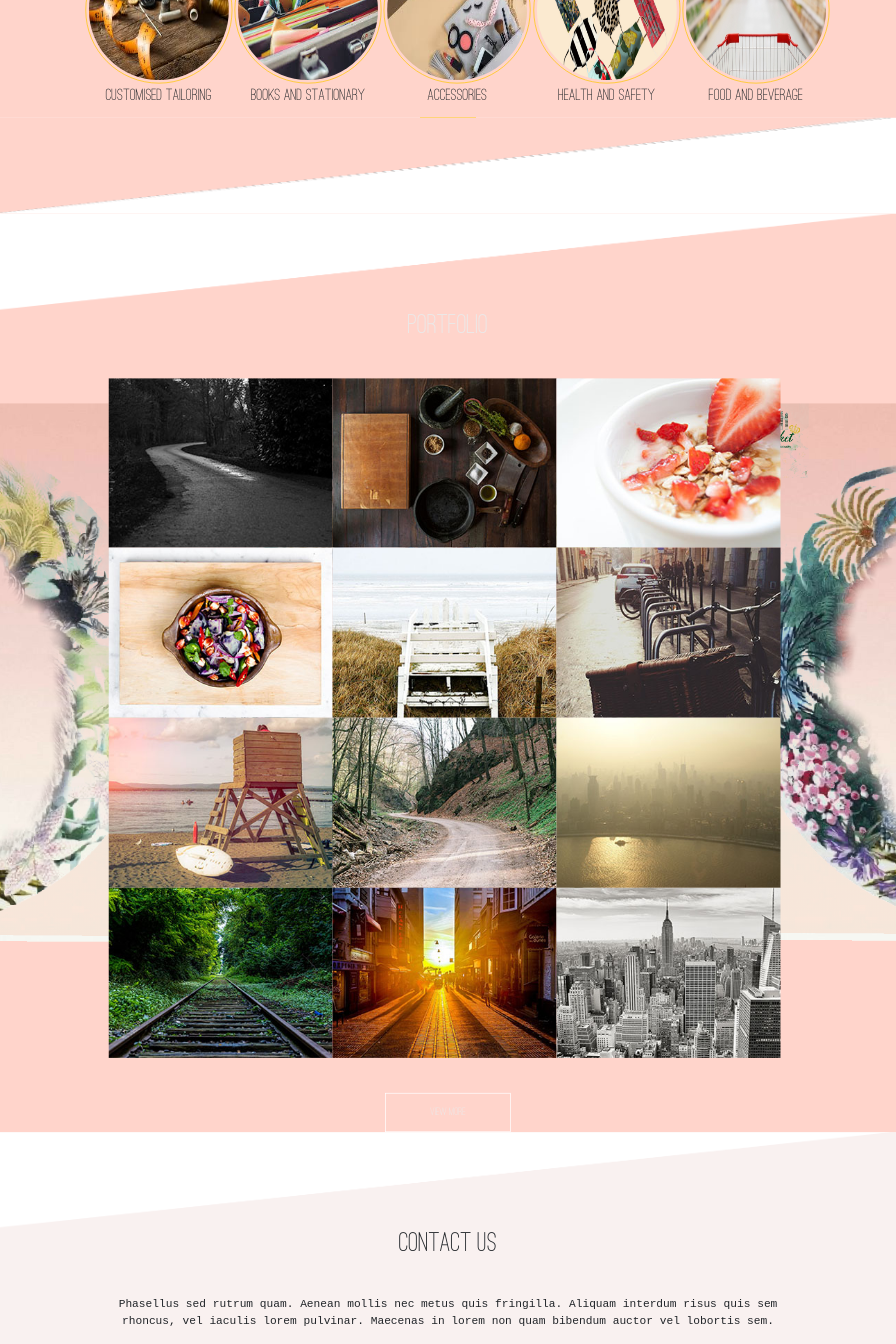
Repository: Demonster1999/newshoperrepo
Page: index.html
The author's editor kept a copy of each file at every save. The page is drawn from the files as they stood at one save, then again after the next save.
The browser window is 1280 px wide. The pictures show the part of the page from y = 2466 to 4386 px (the page is 4972 px tall), at 70% of full size.
Some web libraries are served in a nearby version.

Above is the page before, as saved 2020-07-21 15:07:54.
Console error: TypeError: Cannot read properties of null (reading 'getContext')

### index.html
<!DOCTYPE html>
<head>
	<meta charset="UTF-8">
	<title>London Market</title>
	<meta name="keywords" content="" />
	<meta name="description" content="" />
    <meta name="viewport" content="width=device-width, initial-scale=1.0">
    <!--
    	Roller Template
		http://www.london-market.com/preview/london-market_424_roller
	-->
	<link rel="stylesheet" href="https://fonts.googleapis.com/css2?family=Great+Vibes">
	<link href="http://fonts.googleapis.com/css?family=Open+Sans:300,400,700" rel="stylesheet" type="text/css">
	<!-- <link href="css/font-awesome.min.css" rel="stylesheet">FontAwesome Icons -->
	<link rel="stylesheet" href="https://cdnjs.cloudflare.com/ajax/libs/font-awesome/5.14.0/css/all.min.css"
		integrity="sha512-1PKOgIY59xJ8Co8+NE6FZ+LOAZKjy+KY8iq0G4B3CyeY6wYHN3yt9PW0XpSriVlkMXe40PTKnXrLnZ9+fkDaog=="
		crossorigin="anonymous" />
	<link rel="stylesheet" href="https://maxcdn.bootstrapcdn.com/bootstrap/4.0.0/css/bootstrap.min.css" integrity="sha384-Gn5384xqQ1aoWXA+058RXPxPg6fy4IWvTNh0E263XmFcJlSAwiGgFAW/dAiS6JXm" crossorigin="anonymous">
	<link rel="stylesheet" href="fonts/ostrich-sans.css">
	<link href="css/LondonMarket.css" rel="stylesheet" type="text/css">
	<link rel="stylesheet" href="css/into-to-app.css">
	<link rel="stylesheet" href="css/navbar.css">
	<link rel="stylesheet" href="css/carousel.css">

</head>
<body>
	<nav class="navbar custom-nav sticky-top p-0 m-0 ">
		<a class="navbar-brand mx-auto text-white" style="font-family: Great Vibes; font-size: 40px;" href="#">London Market</a>

	  </nav>

	<nav class="navbar third-nav navbar-expand-lg navbar-light bg-light">
		<div class="container">
			<button class="navbar-toggler navbar-toggler-icon" type="button" data-toggle="collapse" data-target="#navbarSupportedChontent"
			aria-controls="navbarSupportedContent" aria-expanded="false" aria-label="Toggle navigation">
			<span class=""></span>
		</button>


		<div class="collapse navbar-collapse" id="navbarSupportedContent">
			<ul class="navbar-nav  mr-auto text-center">

				<li class="nav-item">
					<a class=" " href="#">Register</a>
				</li>
				<li class="nav-item ">
					<a class="" href="#">login</a>
				</li>


		</div>
		<div class="  mr-auto ">
			<!-- social icons  -->
			<button class="fab fa-facebook-f"></button>
			<button class="fab fa-twitter"></button>
			<button class="fab fa-linkedin-in"></button>
			<button class="fab fa-instagram"></button>
			<button class="fab fa-youtube"></button>
		</div>
		</div>

	</nav>


	<!-- nav with dots  -->
	<nav class="nav">
        <ul>
            <li class="dot1 active" id="ec1" data-toggle="tooltip" data-placement="left" title="Tooltip on left"></li>
            <li class="dot2" id="ec2" data-toggle="tooltip" data-placement="left" title="Tooltip on left"></li>
            <li class="dot3" id="ec3"  data-toggle="tooltip" data-placement="left" title="Tooltip on left"></li>
			<li class="dot4" id="ec4"  data-toggle="tooltip" data-placement="left" title="Tooltip on left"></li>
			<li class="dot5" id="ec5"  data-toggle="tooltip" data-placement="left" title="Tooltip on left"></li>
			<li class="dot5" id="ec5"  data-toggle="tooltip" data-placement="left" title="Tooltip on left"></li>
        </ul>
    </nav>

		<section class="" id="home">
			<div id="demo" class="carousel slide" data-ride="carousel">
				<ul class="carousel-indicators">
					<li data-target="#demo" data-slide-to="0" class="active"></li>
					<li data-target="#demo" data-slide-to="1"></li>
					<li data-target="#demo" data-slide-to="2"></li>
					<!-- <li data-target="#demo" data-slide-to="3"></li> -->
				</ul>
				<div class="carousel-inner">
					<div class="carousel-item active">
						<img src="images/carousel/carousel1.jpg" alt="Los Angeles"   >
						<div class="carousel-caption">
							<h3>Los Angeles</h3>
							<p>We had such a great time in LA!</p>
						</div>
					</div>
					<div class="carousel-item">
						<img src="images/carousel/carousel4.jpg" alt="Chicago"  >
						<div class="carousel-caption">
							<h3>Chicago</h3>
							<p>Thank you, Chicago!</p>
						</div>
					</div>
					<div class="carousel-item">
						<img src="images/carousel/cp11.jpg" alt="Chicago" >
						<div class="carousel-caption">
							<h3>Chicago</h3>
							<p>Thank you, Chicago!</p>
						</div>
					</div>
					<!-- <div class="carousel-item">
						<img src="images/images/lmimages/Adobe_20200716_143015.png" alt="Chicago">
						<div class="carousel-caption">
							<h3>Chicago</h3>
							<p>Thank you, Chicago!</p>
						</div>
					</div> -->
					<!-- <div class="carousel-item">
						<img src="images/carousel/carousel3.jpg" alt="New York" class=" w-100" style="height: 300px; max-height: 500px;">
						<div class="carousel-caption">
							<h3>New York</h3>
							<p>We love the Big Apple!</p>
						</div>
					</div> -->
				</div>
				<a class="carousel-control-prev" href="#demo" data-slide="prev">
					<span class="carousel-control-prev-icon"></span>
				</a>
				<a class="carousel-control-next" href="#demo" data-slide="next">
					<span class="carousel-control-next-icon"></span>
				</a>
			</div>
		</section>

<section class=" intro-to-app container-fluid">
	<img src="images/tm-border-black-top.png" class="w-100 img-top" alt="">
	<div class="container-fluid text-center ">

		<img src="images/images/lmimages/lm.png" class="p-0 m-0" width=200px height="200px" alt="" >
		<h1 class="mx-auto  "> Get Shop-a-holic</h1>

		<hr>


		<div class="container ">
			<p class="lead text-justify">After a period of more than 10 successful years in exhibition management with a strong focus on the fashion and
			lifestyle industry, One Management International proudly brings to you yet another feather in its cap, ‘The London
			Market App’.
			The app is based on the simple concept of ‘Affordable Luxury’, where we strive to present creative and beautiful
			products from sellers across the world, through an intelligent and user-friendly app. We believe in the power of
			expressing oneself, as we aspire to showcase products and brands that stand apart. With our wide array of products
			ranging from clothing and accessories to home décor and furniture, we have something unique for everyone.
</p>
               <div class="row">
<div class="col-md-6 p-2 text-center">
	<a href="https://play.google.com/store/apps/details?id=com.prpwebs.londonmarket" class="h1"> <img src="images/logos/play store.png" class=" " width="160px" height="160px" alt="play">
		<center> Android</center>
	</a>
</div>
<div class="col-md-6 text-center">
	<a href="" class="h1"> <img src="images/logos/hiclipart.com.png" class=" " width="160px" height="160px" alt="app">
		<center>ios</center>
	</a>

</div>
			   </div>

		</div>
	</div>
	<img src="images/tm-border-black-bottom.png" class="w-100 imgbottom" alt="">
</section>


<section class="tm-dark-bg tm-section" id="portfolio">
			<div class="container-fluid">

<h1 style="font-weight: bold; font-size: 60px;" class="text-center"> The App Offers  </h1>
<div class="  row text-center mt-5 ">
	<div class="col-md-1"></div>
	<div class="col-md-2 text-center mt-5  ">
		<div class="tm-img-circle-border mx-auto ">
			<img src="images/category/display category/Women clothing.jpg" alt="Testimonial 1" class="img-circle tm-img-testimonial">
			<h4 class=" mt-2 "> Women clothing </h4>
		</div>
	</div>
	<div class="col-md-2 text-center mt-5 ">
		<div class="tm-img-circle-border mx-auto ">
			<img src="images/category/display category/children.jpg" alt="Testimonial 2" class="img-circle tm-img-testimonial">
			<h4 class=" mt-2 "> Children clothing</h4>
		</div>
	</div>
	<div class="col-md-2 text-center mt-5 ">
		<div class="tm-img-circle-border mx-auto ">
			<img src="images/category/display category/umens.jpeg" alt="Testimonial 3" class="img-circle tm-img-testimonial">
			<h4 class=" mt-2 "> Menswear </h4>
		</div>

	</div>
	<div class="col-md-2 text-center mt-5 ">
		<div class="tm-img-circle-border mx-auto ">
			<img src="images/category/display category/Jewellery.jpg" alt="Testimonial 4" class="img-circle tm-img-testimonial">
			<h4 class=" mt-2 "> Jewellery</h4>
		</div>
	</div>
	<div class="col-md-2 text-center mt-5 ">
		<div class="tm-img-circle-border mx-auto ">
			<img src="images/category/display category/Footwear.jpg" alt="Testimonial 5" class="img-circle tm-img-testimonial">
			<h4 class=" mt-2 "> foot wear </h4>
		</div>
	</div>
	<div class="col-md-1"></div>
</div>
<hr class="tm-author-name-underline mt-5">
<div class="  row text-center mt-5 ">
	<div class="col-md-1"></div>
	<div class="col-md-2 text-center mt54 ">
		<div class="tm-img-circle-border mx-auto ">
			<img src="images/category/display category/Decor & Linen.jpg" alt="Testimonial 1" class="img-circle tm-img-testimonial">
			<h4 class=" mt-2 "> Decor & Linen </h4>
		</div>
	</div>
	<div class="col-md-2 text-center mt-5 ">
		<div class="tm-img-circle-border mx-auto ">
			<img src="images/category/display category/Handicrafts.jpg" alt="Testimonial 2" class="img-circle tm-img-testimonial">
			<h4 class=" mt-2 "> Handicrafts </h4>
		</div>
	</div>
	<div class="col-md-2 text-center mt-5 ">
		<div class="tm-img-circle-border mx-auto  ">
			<img src="images/category/display category/Furniture.jpg" alt="Testimonial 3" class="img-circle tm-img-testimonial">
			<h4 class=" mt-2 "> Furniture</h4>
		</div>

	</div>
	<div class="col-md-2 text-center mt-5 ">
		<div class="tm-img-circle-border mx-auto ">
			<img src="images/category/display category/Beauty.jpg" alt="Testimonial 4" class="img-circle tm-img-testimonial">
			<h4 class=" mt-2 "> Beauty </h4>
		</div>
	</div>
	<div class="col-md-2 text-center mt-5 ">
		<div class="tm-img-circle-border mx-auto ">
			<img src="images/category/display category/Flowers & Gifting.jpg" alt="Testimonial 5" class="img-circle tm-img-testimonial">
			<h4 class=" mt-2 "> Flowers and Gifting </h4>
		</div>
	</div>
</div>
<hr class="tm-author-name-underline mt-5">
<div class="  row text-center mt-5 ">
	<div class="col-md-1"></div>
	<div class="col-md-2 text-center mt-5 ">
		<div class="tm-img-circle-border mx-auto ">
			<img src="images/category/display category/Customised Tailoring.jpg" alt="Testimonial 1" class="img-circle tm-img-testimonial">
			<h4 class=" mt-2 "> Customised Tailoring</h4>
		</div>
	</div>
	<div class="col-md-2 text-center mt-5 ">
		<div class="tm-img-circle-border mx-auto ">
			<img src="images/category/display category/books and stationary.jpg" alt="Testimonial 2" class="img-circle tm-img-testimonial">
			<h4 class=" mt-2 "> books and Stationary </h4>
		</div>
	</div>
	<div class="col-md-2 text-center mt-5 ">
		<div class="tm-img-circle-border mx-auto  ">
			<img src="images/category/display category/Accessories.jpg" alt="Testimonial 3" class="img-circle tm-img-testimonial">
			<h4 class=" mt-2 "> Accessories </h4>
		</div>

	</div>
	<div class="col-md-2 text-center mt-5 ">
		<div class="tm-img-circle-border mx-auto ">
			<img src="images/category/display category/health & safety.jpg" alt="Testimonial 4" class="img-circle tm-img-testimonial">
			<h4 class=" mt-2 "> Health and Safety </h4>
		</div>
	</div>
	<div class="col-md-2 text-center mt-5 ">
		<div class="tm-img-circle-border mx-auto ">
			<img src="images/category/display category/f&b.jpg" alt="Testimonial 5" class="img-circle tm-img-testimonial">
			<h4 class=" mt-2 "> Food and beverage </h4>
		</div>
	</div>
	<div class="col-md-1"></div>
</div>
<hr class="tm-author-name-underline mt-5">

					</div>
		</section> <!-- portfolio -->
		<section class="tm-section bg-white" id="testimonials" >
			<img src="images/tm-border-black-top.png" alt="Border" class="tm-border">







		<section class="london-market-services tm-section tm-orange-bg-transparent" id="services" >
			<img src="images/tm-border-white-top.png" alt="Border" class="tm-border">


			<div class="container">
					<div class="row">
						<div class="col-lg-12 col-md-12 col-sm-12 col-xs-12 text-center">
							<h1 class="tm-light-gray-text text-center text-uppercase">Portfolio</h1>
							<div class="tm-portfolio-images-container margin-top-50">
								<div class="tm-image-container">
									<div class="tm-portfolio-image-overlay text-center">
										<div class="absolute-center">
											<a href="#" class="fa fa-search"></a>
											<h2 class="text-uppercase tm-white-text">Lorem</h2>
											<p class="text-uppercase">sagittis</p>
										</div>
									</div>
									<img src="images/portfolio/01.jpg" alt="Portfolio 1">
								</div>
								<div class="tm-image-container">
									<div class="tm-portfolio-image-overlay">
										<div class="absolute-center">
											<a href="#" class="fa fa-search"></a>
											<h2 class="text-uppercase tm-white-text">Dimperdiet</h2>
											<p class="text-uppercase">Aliquam</p>
										</div>
									</div>
									<img src="images/portfolio/02.jpg" alt="Portfolio 2">
								</div>
								<div class="tm-image-container">
									<div class="tm-portfolio-image-overlay">
										<div class="absolute-center">
											<a href="#" class="fa fa-search"></a>
											<h2 class="text-uppercase tm-white-text">Pellentesque</h2>
											<p class="text-uppercase">noemer</p>
										</div>
									</div>
									<img src="images/portfolio/03.jpg" alt="Portfolio 3">
								</div>
								<div class="tm-image-container">
									<div class="tm-portfolio-image-overlay">
										<div class="absolute-center">
											<a href="#" class="fa fa-search"></a>
											<h2 class="text-uppercase tm-white-text">Aenean</h2>
											<p class="text-uppercase">pharetra</p>
										</div>
									</div>
									<img src="images/portfolio/04.jpg" alt="Portfolio 4">
								</div>
								<div class="tm-image-container">
									<div class="tm-portfolio-image-overlay">
										<div class="absolute-center">
											<a href="#" class="fa fa-search"></a>
											<h2 class="text-uppercase tm-white-text">condimentum</h2>
											<p class="text-uppercase">libero</p>
										</div>
									</div>
									<img src="images/portfolio/05.jpg" alt="Portfolio 5">
								</div>
								<div class="tm-image-container">
									<div class="tm-portfolio-image-overlay">
										<div class="absolute-center">
											<a href="#" class="fa fa-search"></a>
											<h2 class="text-uppercase tm-white-text">nulla</h2>
											<p class="text-uppercase">consectetur</p>
										</div>
									</div>
									<img src="images/portfolio/06.jpg" alt="Portfolio 6">
								</div>
								<div class="tm-image-container tm-show-hide">
									<div class="tm-portfolio-image-overlay">
										<div class="absolute-center">
											<a href="#" class="fa fa-search"></a>
											<h2 class="text-uppercase tm-white-text">Rondimentum</h2>
											<p class="text-uppercase">Sdui</p>
										</div>
									</div>
									<img src="images/portfolio/07.jpg" alt="Portfolio 7">
								</div>
								<div class="tm-image-container tm-show-hide">
									<div class="tm-portfolio-image-overlay">
										<div class="absolute-center">
											<a href="#" class="fa fa-search"></a>
											<h2 class="text-uppercase tm-white-text">imperdiet</h2>
											<p class="text-uppercase">Raugue</p>
										</div>
									</div>
									<img src="images/portfolio/08.jpg" alt="Portfolio 8">
								</div>
								<div class="tm-image-container tm-show-hide">
									<div class="tm-portfolio-image-overlay">
										<div class="absolute-center">
											<a href="#" class="fa fa-search"></a>
											<h2 class="text-uppercase tm-white-text">blandit</h2>
											<p class="text-uppercase">Aliquam</p>
										</div>
									</div>
									<img src="images/portfolio/09.jpg" alt="Portfolio 9">
								</div>
								<div class="tm-image-container tm-show-hide">
									<div class="tm-portfolio-image-overlay">
										<div class="absolute-center">
											<a href="#" class="fa fa-search"></a>
											<h2 class="text-uppercase tm-white-text">Praesent</h2>
											<p class="text-uppercase">Aliquam</p>
										</div>
									</div>
									<img src="images/portfolio/10.jpg" alt="Portfolio 10">
								</div>
								<div class="tm-image-container tm-show-hide">
									<div class="tm-portfolio-image-overlay">
										<div class="absolute-center">
											<a href="#" class="fa fa-search"></a>
											<h2 class="text-uppercase tm-white-text">Dimperdiet</h2>
											<p class="text-uppercase">Aliquam</p>
										</div>
									</div>
									<img src="images/portfolio/11.jpg" alt="Portfolio 11">
								</div>
								<div class="tm-image-container tm-show-hide">
									<div class="tm-portfolio-image-overlay">
										<div class="absolute-center">
											<a href="#" class="fa fa-search"></a>
											<h2 class="text-uppercase tm-white-text">Dimperdiet</h2>
											<p class="text-uppercase">Aliquam</p>
										</div>
									</div>
									<img src="images/portfolio/12.jpg" alt="Portfolio 12">
								</div>
							</div>
							<a href="javascript:;" class="tm-view-more tm-light-gray-text margin-top-50 text-center text-uppercase">View
								More</a>
						</div>
					</div>
			</div>
		</section> <!-- testimonials -->
		<section class="tm-section tm-orange-bg" id="contact" >
			<img src="images/tm-border-white-top.png" alt="Border" class="tm-border">
			<div class="container">
				<h1 class="text-uppercase text-center">Contact Us</h1>
				<p class="text-center margin-top-50">Phasellus sed rutrum quam. Aenean mollis nec metus quis fringilla. Aliquam interdum risus quis sem rhoncus, vel iaculis lorem pulvinar. Maecenas in lorem non quam bibendum auctor vel lobortis sem.</p>
				<div class="row margin-top-50">
					<div class="col-lg-6 col-md-6 col-sm-6 col-xs-12">
						<div id="map-canvas"></div>
					</div>
					<div class="col-lg-6 col-md-6 col-sm-6 col-xs-12">
						<form action="#" method="post" class="tm-contact-form">
							<div class="form-group">
								<input type="text" id="contact_name" class="form-control" placeholder="NAME..." />
							</div>
							<div class="form-group">
								<input type="text" id="contact_email" class="form-control" placeholder="EMAIL..." />
							</div>
							<div class="form-group">
								<input type="text" id="contact_subject" class="form-control" placeholder="SUBJECT..." />
							</div>
							<div class="form-group">
								<textarea id="contact_message" class="form-control" rows="8" placeholder="WRITE A MESSAGE..."></textarea>
							</div>
							<button type="submit" class="btn text-uppercase tm-dark-bg tm-orange-text tm-send-btn">Send</button>
						</form>
					</div>
				</div>
			</div>
			<img src="images/tm-border-black-bottom.png" alt="Border" class="tm-border">
		</section> <!-- contact -->


	<footer class="text-right tm-dark-bg">
		<p class="text-uppercase container small">Copyright &copy; 2084 <a href="#">Company Name</a></p>
	</footer>
	<script src="js/jquery-1.11.1.min.js" ></script>
	<!-- <script src="https://code.jquery.com/jquery-3.5.1.min.js"
		integrity="sha256-9/aliU8dGd2tb6OSsuzixeV4y/faTqgFtohetphbbj0=" crossorigin="anonymous"></script> -->
		<script src="https://cdnjs.cloudflare.com/ajax/libs/font-awesome/5.14.0/js/all.min.js"
			integrity="sha512-YSdqvJoZr83hj76AIVdOcvLWYMWzy6sJyIMic2aQz5kh2bPTd9dzY3NtdeEAzPp/PhgZqr4aJObB3ym/vsItMg=="
			crossorigin="anonymous"></script>
<script src="https://cdnjs.cloudflare.com/ajax/libs/popper.js/1.12.9/umd/popper.min.js" integrity="sha384-ApNbgh9B+Y1QKtv3Rn7W3mgPxhU9K/ScQsAP7hUibX39j7fakFPskvXusvfa0b4Q" crossorigin="anonymous"></script>
<script src="https://maxcdn.bootstrapcdn.com/bootstrap/4.0.0/js/bootstrap.min.js" integrity="sha384-JZR6Spejh4U02d8jOt6vLEHfe/JQGiRRSQQxSfFWpi1MquVdAyjUar5+76PVCmYl" crossorigin="anonymous"></script>
	<script src="js/LondonMarket.js"></script>
	<script src="js/scrollnav.js"></script>
</body>
</html>

### css/into-to-app.css
.intro-to-app{

    padding: 0;
    background-color:#F9F1F0;

}
.intro-to-app img{
    display: inline;
}
.intro-to-app h1{
    font-family: ostrich sans ;
    font-weight: bold;
    display: inline;
    font-size: 50px;

}
.intro-to-app p{
    font-family: hevletica;

}
.imgbottom{
    width: 200%;
    margin: 0;

    position: relative;

}

.img-top{
    margin: 0;
    position: relative;



}

### css/navbar.css
.custom-nav {
    background-color: #e2725b;

}
.custom-nav {
    color: #fff;
    font-size: 25px;

}

/* thirdnav  */
.third-nav a{
    color: black;
    font-family: 'Lucida Sans', 'Lucida Sans Regular', 'Lucida Grande', 'Lucida Sans Unicode', Geneva, Verdana, sans-serif;
    font-weight: bold;
    color: #e2725b;
}
.third-nav ul li{
    margin-left: 10%;
    margin-right: 10%;
}
.third-nav .fa-facebook-f,.fa-twitter,.fa-linkedin-in,.fa-instagram,.fa-youtube{
 margin-left: 5px;
  margin-right: 5px;
    color:#e2725b;

}

/* thirdnav end  */

.nav {
    position: fixed;
    top: 45%;
    bottom: 30%;
    right: 0;
	width: 60px;
	z-index: 50;
}

.nav ul {
	list-style: none;
}


.nav li {
    width: 10px;
	height: 10px;
	margin: 10px;
    border-radius: 100%;
    background-color: rosybrown;
    cursor: pointer;
    transition: .5s;
}

.dot1 {
    background-color: rgb(82, 43, 43);
}

.dot2 {
    background-color: rgb(24, 73, 44);
}

.dot3 {
    background-color: rgb(73, 58, 204);
}

.dot4 {
    background-color: rgb(58, 70, 31);
}

.active {
    box-shadow: 0 0 0 3px #fffffff1, 0 0 0 6px #000;
}

### css/carousel.css
#home .carousel-inner img {
    min-width: 100%;
    min-height: 320px;
    max-height: 500px;
    max-resolution: 0;
  }


  #home .carousel-inner .carousel-caption{
    position: absolute;
    font-size: 30px;
    background-color: rgba(0,0, 0, 0.3);
    width: 100%;
    margin: 0;
    left: 0;
    right: 0;
    height: 100%;
    top: 5px;

  }

    #home .carousel-inner .carousel-caption h3{
      position: relative;
      top: 40%;
      font-family:fantasy;

      font-size: 40px;
    }
    #home .carousel-inner .carousel-caption p{
      position: relative;
      top: 42%;
      font-family: Cambria, Cochin, Georgia, Times, 'Times New Roman', serif;

    }
    .carousel-control-prev,.carousel-control-next{
      z-index: 50;
    }

Loaded but not shown: fonts/ostrich-sans.css (common file); js/jquery-1.11.1.min.js (library); js/LondonMarket.js (359 lines, source omitted); js/scrollnav.js (48 lines, source omitted); css/LondonMarket.css (434 lines, source omitted)

After the next save:
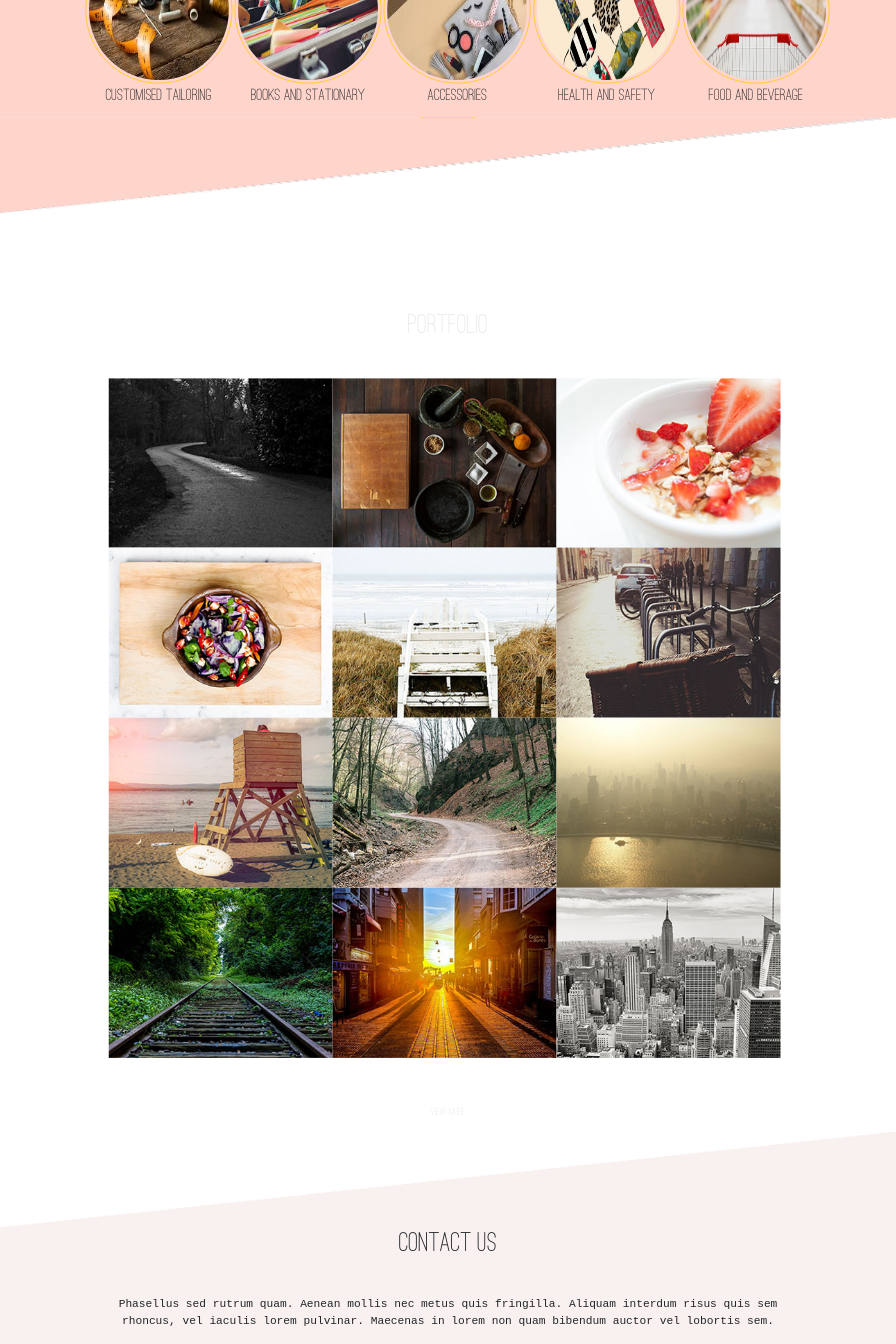
Saved 51 s later.
--- a/index.html
+++ b/index.html
@@ -290,7 +290,6 @@
 
 
 
-		<section class="london-market-services tm-section tm-orange-bg-transparent" id="services" >
 			<img src="images/tm-border-white-top.png" alt="Border" class="tm-border">
 
 
